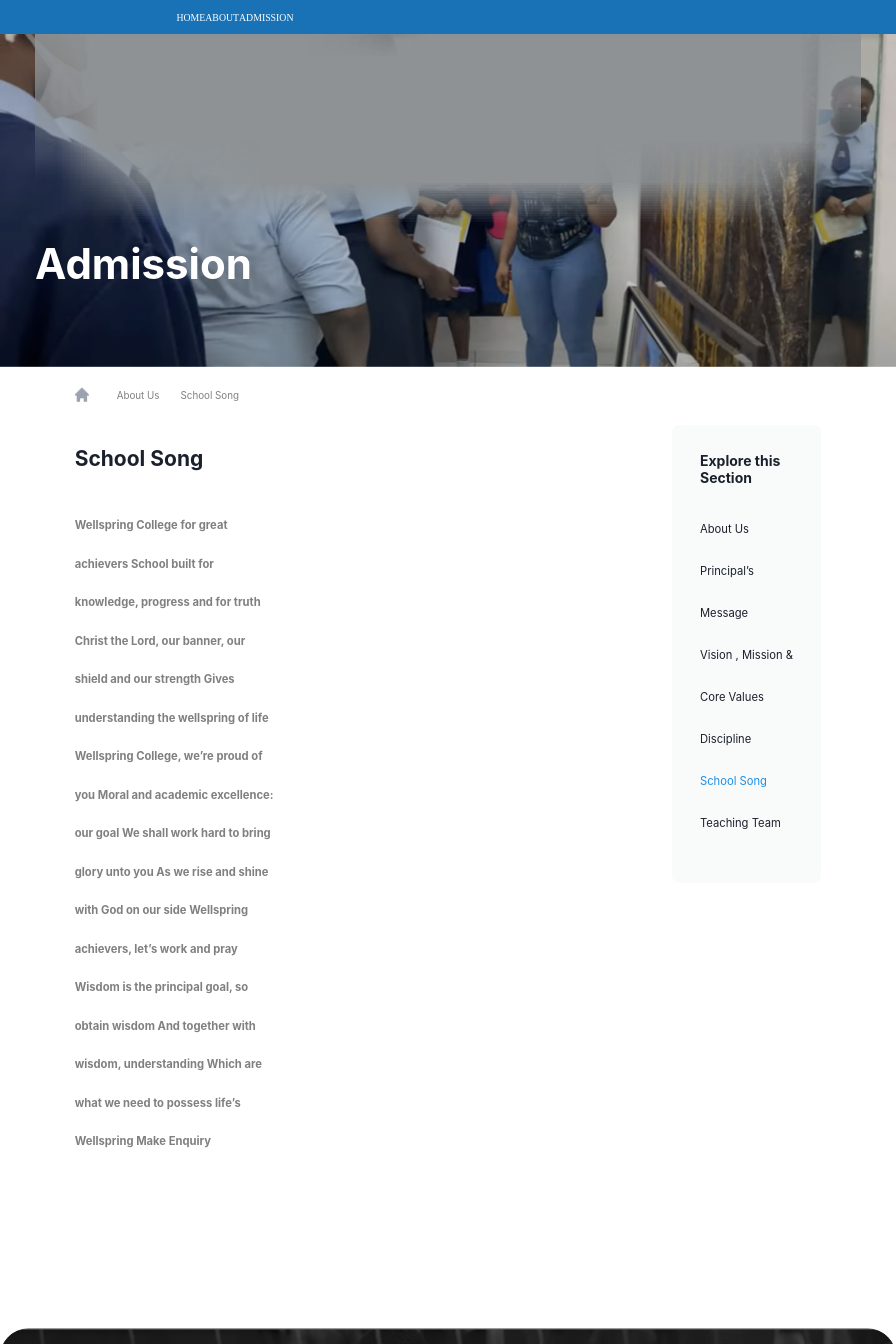
Repository: gr8skills/wellspring-school-forked
Page: /admission
The author's editor kept a copy of each file at every save. The page is drawn from the files as they stood at one save, then again after the next save.
The browser window is 1280 px wide. The pictures show the part of the page from y = 0 to 1920 px (the page is 2784 px tall), at 70% of full size.
The project was rebuilt for these pictures with package versions that can differ from the ones it lists, and the page was loaded fresh each time. Also part of the build but not shown: src/components/Navbar/Dropdown.scss, src/components/Navbar/Dropdown.js, src/components/Testimonials/Testimonials.js, src/components/Calendar/Calendar.js, src/components/News/News.js, src/components/WhyWellspring/_why-wellspring.scss, src/components/WhyWellspring/WhyWellspring.js, src/components/AppTab/AppTab.js and 9 more.

Above is the page before, as saved 2022-12-06 17:30:29.

After the next save:
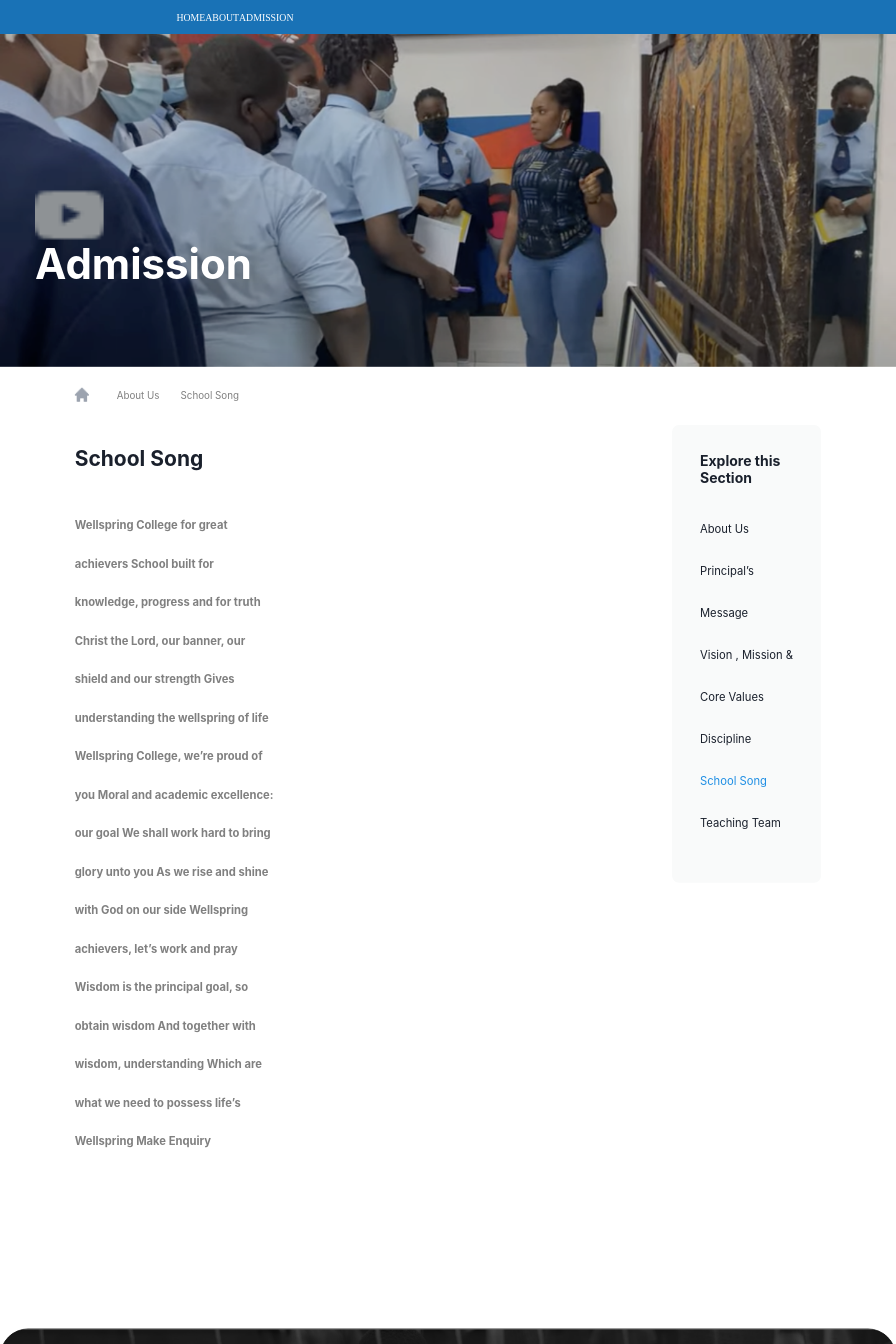
Saved 15 s later.
--- a/src/pages/Admission/Admission.js
+++ b/src/pages/Admission/Admission.js
@@ -14,7 +14,7 @@
       <div className="col-md-12 holder">
         <img className="col-md-12 imgCaro" src={Banner} alt="Scholar" />
         <div className="overlay">
-          <img className="col-md-12 imgCaro" src={VideoIcon} alt="Scholar" />
+          <img className="col-md-1" src={VideoIcon} alt="Scholar" />
 
           <Heading size="3xl">Admission</Heading>
         </div>
